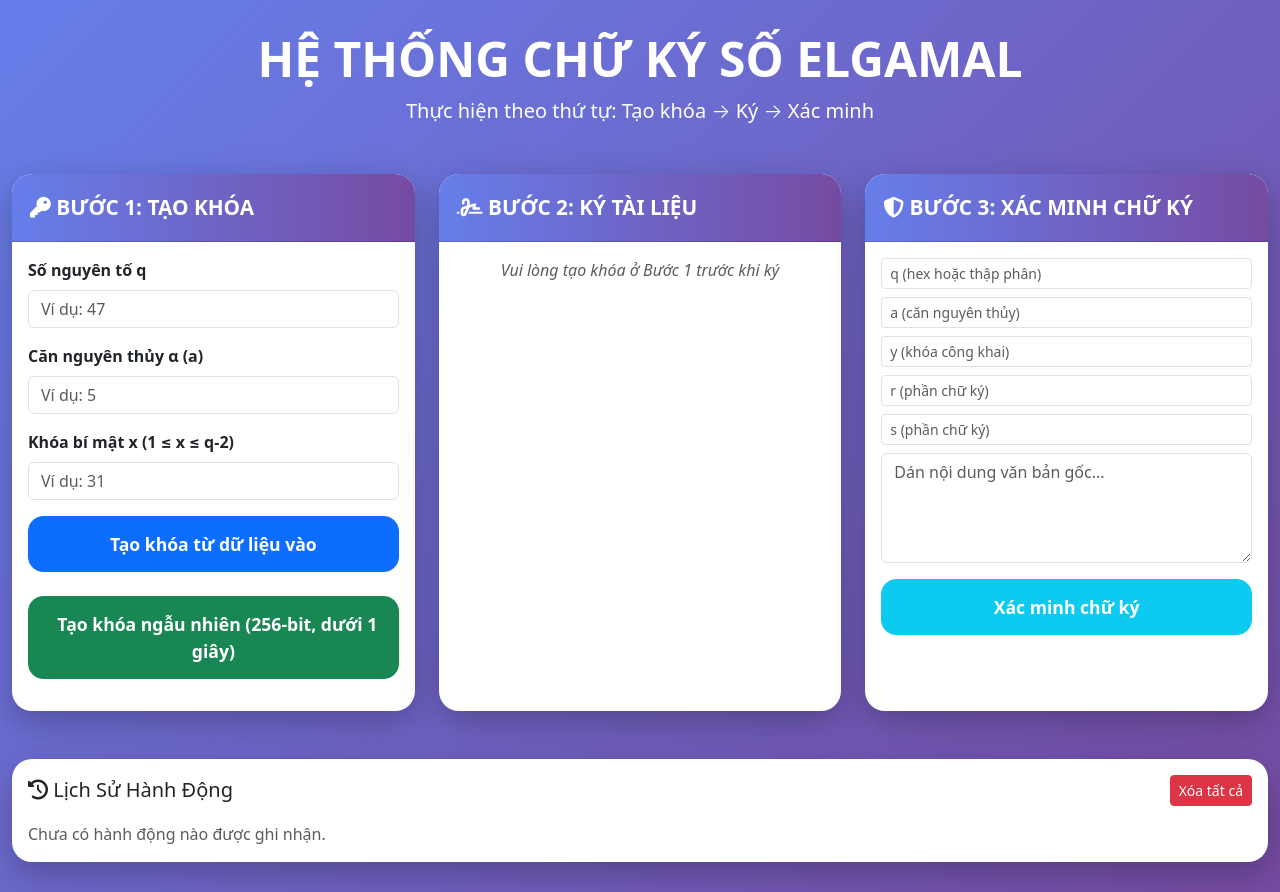
Repository: khanhvu254/ElgamalDigitalSignature
Page: http://localhost/ElgamalDigitalSignature/
These files come from the project's save history. The page is drawn as it stood at one moment and after the next save; the edit follows.
The browser window is 1280 px wide. The pictures show the whole page.
The page is served by Tomcat 9. Other server files are loaded and not shown. The template is opened directly, without the code that normally fills it, so the values that code supplies are empty.

Above is the page before, as saved 2025-11-25 10:14:44.

### ElgamalDigitalSignature/src/main/webapp/index.jsp
<%@ page contentType="text/html;charset=UTF-8" language="java" %>
<%@ taglib prefix="c" uri="http://java.sun.com/jsp/jstl/core" %>
<!DOCTYPE html>
<html lang="vi">
<head>
    <meta charset="UTF-8">
    <meta name="viewport" content="width=device-width, initial-scale=1.0">
    <title>Chữ Ký Số ElGamal</title>
    <link href="https://cdn.jsdelivr.net/npm/bootstrap@5.3.3/dist/css/bootstrap.min.css" rel="stylesheet">
    <link href="https://cdnjs.cloudflare.com/ajax/libs/font-awesome/6.5.0/css/all.min.css" rel="stylesheet">
    <style>
        body {
            background: linear-gradient(135deg, #667eea, #764ba2);
            min-height: 100vh;
            padding: 30px 0;
        }
        .container { max-width: 1450px; }
        .card {
            border: none;
            border-radius: 20px;
            overflow: hidden;
            box-shadow: 0 12px 35px rgba(0,0,0,0.25);
        }
        .card-header {
            background: linear-gradient(90deg, #667eea, #764ba2);
            color: white;
            font-weight: bold;
            font-size: 1.3rem;
            padding: 18px;
        }
        .result-box {
            background: #f0fff0;
            border: 2px solid #28a745;
            border-radius: 15px;
            padding: 18px;
            font-family: 'Courier New', monospace;
            font-size: 1.05rem;
            margin-top: 18px;
            color: #155724;
        }
        .error-box {
            background: #fff0f0;
            border: 2px solid #dc3545;
            border-radius: 15px;
            padding: 18px;
            margin-top: 18px;
            color: #721c24;
        }
        .btn-primary, .btn-success, .btn-info {
            border-radius: 15px;
            padding: 14px;
            font-weight: bold;
            font-size: 1.1rem;
        }
        .history {
            background: #f8f9fa;
            border-radius: 15px;
            padding: 18px;
            max-height: 250px;
            overflow-y: auto;
            font-size: 0.95rem;
        }
        .history li {
            padding: 8px 0;
            border-bottom: 1px dashed #dee2e6;
        }
        .history li:last-child { border-bottom: none; }
    </style>
</head>
<body>
<div class="container">
    <div class="text-center text-white mb-5">
        <h1 class="display-5 fw-bold">HỆ THỐNG CHỮ KÝ SỐ ELGAMAL</h1>
        <p class="lead">Thực hiện theo thứ tự: Tạo khóa → Ký → Xác minh</p>
    </div>

    <div class="row g-4">
        <!-- BƯỚC 1: TẠO KHÓA -->
        <div class="col-lg-4">
            <div class="card h-100">
                <div class="card-header">
                    <i class="fas fa-key"></i> BƯỚC 1: TẠO KHÓA
                </div>
                <div class="card-body">
                    <!-- NHẬP TAY -->
                    <form action="keygen" method="post" class="mb-4">
                        <input type="hidden" name="type" value="manual">
                        <div class="mb-3">
                            <label class="form-label fw-bold">Số nguyên tố q</label>
                            <input type="text" class="form-control" name="q" value="${sessionScope.lastQ}" placeholder="Ví dụ: 47" required>
                        </div>
                        <div class="mb-3">
                            <label class="form-label fw-bold">Căn nguyên thủy α (a)</label>
                            <input type="text" class="form-control" name="a" value="${sessionScope.lastA}" placeholder="Ví dụ: 5" required>
                        </div>
                        <div class="mb-3">
                            <label class="form-label fw-bold">Khóa bí mật x (1 ≤ x ≤ q-2)</label>
                            <input type="text" class="form-control" name="x" value="${sessionScope.lastX}" placeholder="Ví dụ: 31" required>
                        </div>
                        <button type="submit" class="btn btn-primary w-100">Tạo khóa từ dữ liệu vào</button>
                    </form>

                    <!-- TỰ ĐỘNG – ĐÃ TỐI ƯU SIÊU NHANH -->
                    <form action="keygen" method="post">
                        <input type="hidden" name="type" value="auto">
                        <button type="submit" class="btn btn-success w-100 mb-3">
                            <span class="spinner-border spinner-border-sm d-none" role="status" aria-hidden="true"></span>
                            <span class="ms-2">Tạo khóa ngẫu nhiên (256-bit, dưới 1 giây)</span>
                        </button>
                    </form>

                    <!-- LỖI -->
                    <c:if test="${not empty sessionScope.keygenError}">
                        <div class="error-box">
                            <strong>Lỗi:</strong> ${sessionScope.keygenError}
                        </div>
                        <c:remove var="keygenError" scope="session"/>
                    </c:if>

                    <!-- KẾT QUẢ KHÓA -->
                    <c:if test="${not empty sessionScope.keyPair}">
                        <div class="result-box">
                            <strong class="text-success fs-5">Khóa Đã Sinh Thành Công!</strong><br><br>
                            <strong>q</strong> = ${sessionScope.keyPair.q}<br>
                            <strong>a</strong> = ${sessionScope.keyPair.a}<br>
                            <strong>y</strong> = ${sessionScope.keyPair.y}<br>
                            <small class="text-danger">
                                <strong>x</strong> = ${sessionScope.keyPair.x} (khóa bí mật)
                            </small>
                        </div>
                    </c:if>
                </div>
            </div>
        </div>

        <!-- BƯỚC 2: KÝ TÀI LIỆU -->
        <div class="col-lg-4">
            <div class="card h-100">
                <div class="card-header">
                    <i class="fas fa-signature"></i> BƯỚC 2: KÝ TÀI LIỆU
                </div>
                <div class="card-body">
                    <c:choose>
                        <c:when test="${sessionScope.keyPair != null && sessionScope.keyPair.hasPrivateKey()}">
                            <form action="sign" method="post" enctype="multipart/form-data">
                                <div class="mb-3">
                                    <label class="form-label fw-bold">Nội dung cần ký</label>
                                    <textarea class="form-control" rows="5" name="message" placeholder="Nhập văn bản cần ký..."></textarea>
                                </div>
                                <div class="text-center text-muted mb-3">HOẶC</div>
                                <div class="mb-3">
                                    <label class="form-label">Tải file lên</label>
                                    <input type="file" class="form-control" name="file" accept=".txt,.pdf,.docx,.doc">
                                </div>
                                <button type="submit" class="btn btn-primary w-100">Ký tài liệu</button>
                            </form>

                            <c:if test="${not empty requestScope.error}">
                                <div class="error-box mt-3">${requestScope.error}</div>
                            </c:if>

                            <c:if test="${not empty requestScope.signature}">
                                <div class="result-box mt-3">
                                    <strong class="text-success">Chữ ký đã tạo thành công:</strong><br><br>
                                    ${requestScope.signature}
                                </div>
                            </c:if>
                        </c:when>
                        <c:otherwise>
                            <p class="text-muted text-center fst-italic">
                                Vui lòng tạo khóa ở Bước 1 trước khi ký
                            </p>
                        </c:otherwise>
                    </c:choose>
                </div>
            </div>
        </div>

        <!-- BƯỚC 3: XÁC MINH -->
        <div class="col-lg-4">
            <div class="card h-100">
                <div class="card-header">
                    <i class="fas fa-shield-alt"></i> BƯỚC 3: XÁC MINH CHỮ KÝ
                </div>
                <div class="card-body">
                    <form action="verify" method="post">
                        <div class="mb-2"><input type="text" class="form-control form-control-sm" name="q" placeholder="q (hex hoặc thập phân)" required></div>
                        <div class="mb-2"><input type="text" class="form-control form-control-sm" name="a" placeholder="a (căn nguyên thủy)" required></div>
                        <div class="mb-2"><input type="text" class="form-control form-control-sm" name="y" placeholder="y (khóa công khai)" required></div>
                        <div class="mb-2"><input type="text" class="form-control form-control-sm" name="r" placeholder="r (phần chữ ký)" required></div>
                        <div class="mb-2"><input type="text" class="form-control form-control-sm" name="s" placeholder="s (phần chữ ký)" required></div>
                        <div class="mb-3">
                            <textarea class="form-control" rows="4" name="message" placeholder="Dán nội dung văn bản gốc..." required></textarea>
                        </div>
                        <button type="submit" class="btn btn-info text-white w-100">Xác minh chữ ký</button>
                    </form>

                    <c:if test="${not empty requestScope.valid}">
                        <div class="result-box mt-3 ${requestScope.valid ? '' : 'border-danger bg-danger-subtle'}">
                            <h5 class="text-center fw-bold ${requestScope.valid ? 'text-success' : 'text-danger'}">
                                ${requestScope.valid ? 'CHỮ KÝ HỢP LỆ' : 'CHỮ KÝ KHÔNG HỢP LỆ'}
                            </h5>
                        </div>
                    </c:if>
                </div>
            </div>
        </div>
    </div>

    <!-- LỊCH SỬ -->
    <div class="row mt-5">
        <div class="col-12">
            <div class="card">
                <div class="card-body">
                    <div class="d-flex justify-content-between align-items-center mb-3">
                        <h5 class="mb-0"><i class="fas fa-history"></i> Lịch Sử Hành Động</h5>
                        <a href="delete" class="btn btn-danger btn-sm">Xóa tất cả</a>
                    </div>
                    <c:choose>
                        <c:when test="${not empty sessionScope.history}">
                            <ul class="history list-unstyled mb-0">
                                <c:forEach var="item" items="${sessionScope.history}">
                                    <li>${item}</li>
                                </c:forEach>
                            </ul>
                        </c:when>
                        <c:otherwise>
                            <p class="text-muted mb-0">Chưa có hành động nào được ghi nhận.</p>
                        </c:otherwise>
                    </c:choose>
                </div>
            </div>
        </div>
    </div>
</div>

<script src="https://cdn.jsdelivr.net/npm/bootstrap@5.3.3/dist/js/bootstrap.bundle.min.js"></script>
<script>
    // Tự động disable nút khi đang tạo khóa tự động (tránh click liên tục)
    document.querySelectorAll('form').forEach(form => {
        form.addEventListener('submit', function() {
            const btn = this.querySelector('button[type="submit"]');
            if (btn && this.querySelector('input[name="type"]')?.value === 'auto') {
                btn.disabled = true;
                btn.querySelector('.spinner-border').classList.remove('d-none');
            }
        });
    });
</script>
</body>
</html>

After the next save:
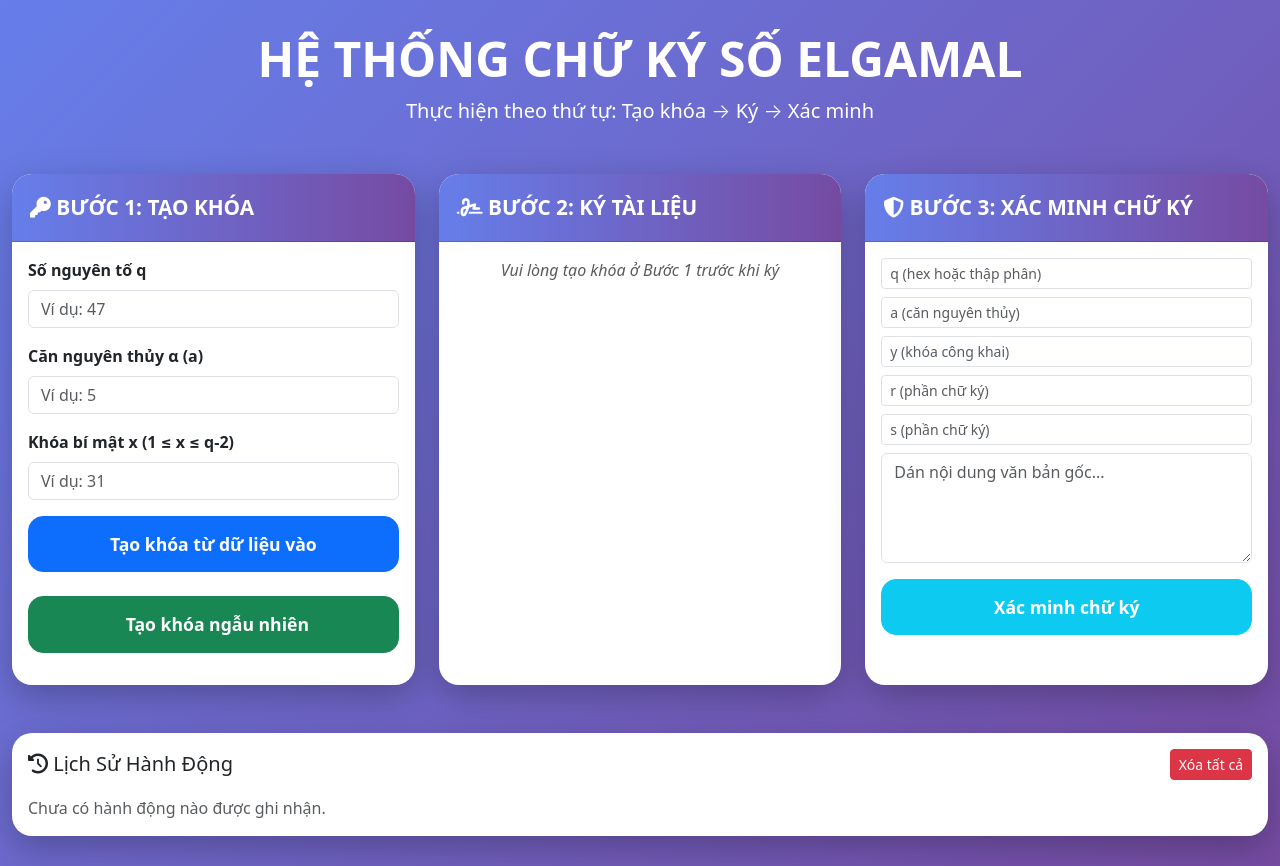
Saved 56 s later.
--- a/ElgamalDigitalSignature/src/main/webapp/index.jsp
+++ b/ElgamalDigitalSignature/src/main/webapp/index.jsp
@@ -105,7 +105,7 @@
                         <input type="hidden" name="type" value="auto">
                         <button type="submit" class="btn btn-success w-100 mb-3">
                             <span class="spinner-border spinner-border-sm d-none" role="status" aria-hidden="true"></span>
-                            <span class="ms-2">Tạo khóa ngẫu nhiên (256-bit, dưới 1 giây)</span>
+                            <span class="ms-2">Tạo khóa ngẫu nhiên</span>
                         </button>
                     </form>
 
